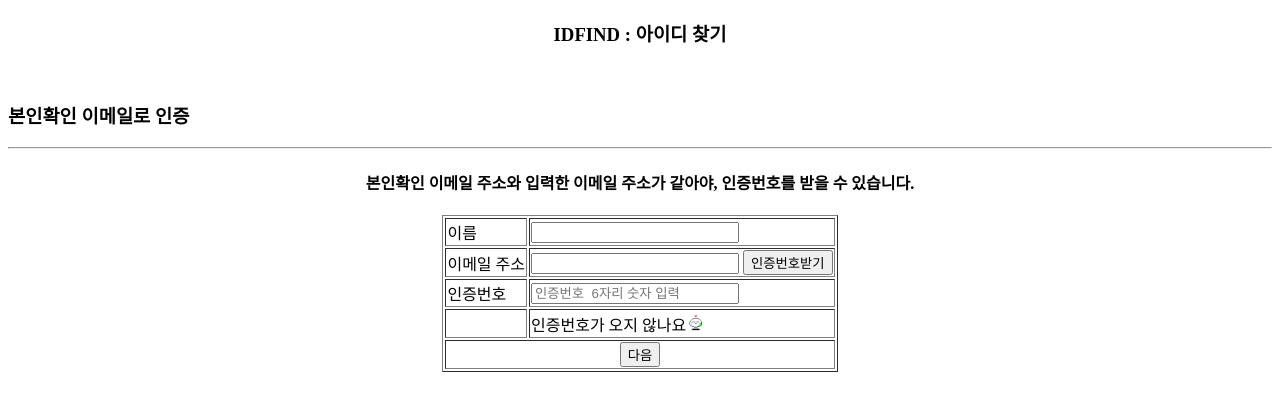
Repository: LetsBeLikeSophie/05_Android
Page: http://localhost/springHbe/WEB-INF/views/login/springIdFindFome.jsp
These files come from the project's save history. The page is drawn as it stood at one moment and after the next save; the edit follows.
The browser window is 1280 px wide. The pictures show the whole page.
The page is served by Tomcat 9. Nobody is signed in. Other server files are loaded and not shown. The template is opened directly, without the code that normally fills it, so the values that code supplies are empty.

Above is the page before, as saved 2021-10-29 06:58:50.

### 211103/el_spring_hbe_work_로그인_세션_메일/springHbe/WebContent/WEB-INF/views/login/springIdFindFome.jsp
<%@ page language="java" contentType="text/html; charset=UTF-8" pageEncoding="UTF-8"%>
<%@ page import="java.util.ArrayList" %>
<!DOCTYPE html>
<html>
<head>
<meta charset="UTF-8">
<title>IDFIND</title>
<script  src="http://code.jquery.com/jquery-latest.min.js"></script>
<script type="text/javascript">

	$(document).ready(function(){

		$("#mcomfirm").click(function(){
			console.log("mcomfirm >>> : ");
			alert("mcomfirm >>> : ");

			let url = "/testMVC/hbeLoginController";
			let login_type = "AUTH_NUM";
			let mnameVal = $("#mname").val();
			let memailVal = $("#memail").val();

			$.get(url
				 ,{"login_type":login_type, "mname":mnameVal, "memail":memailVal}
				 ,function(data){
					var sVal = $(data).find("result").text();
					alert(sVal);
				 }
			);
		});

		$("#idbtn").click(function(){
			console.log("idbtn >>> : ");
			alert("idbtn >>> : ");
			$('#login_type').val('ID_FIND');
			$('#idForm').attr({
				'action':'/testMVC/hbeLoginController',
				'method':'GET',
				'enctype':'application/x-www-form-urlencoded'
			}).submit();
		});
	});
</script>
</head>
<body>
<h3 align="center">IDFIND : 아이디 찾기 </h3><br>
<h3>본인확인 이메일로 인증</h3>
<hr>
<%
	//Object obj = request.getAttribute("aList");
	//if (obj == null) return;
	String mname = "";
	String memail = "";
	String authnum = "";

	//if (obj !=null){
	//	ArrayList<String> aList = (ArrayList)obj;
	//	System.out.println("aList.size() >>> : " + aList.size());
	//	mname = aList.get(0);
	//	memail = aList.get(1);
	//	authnum = aList.get(2);
	//}
	System.out.println("idEmailCheck mname >>> : " + mname);
	System.out.println("idEmailCheck memail >>> : " + memail);
	System.out.println("idEmailCheck authnum >>> : " + authnum);

%>
<h4 align="center">본인확인 이메일 주소와  입력한 이메일 주소가 같아야, 인증번호를 받을 수 있습니다.</h4>
<form name="idForm" id="idForm">
<table border="1" align="center">
<tr>
<td>이름</td>
<td><input type="text" name="mname" id="mname" value='<%= mname%>'  style="width:200px;"></td>
</tr>
<tr>
<td>이메일 주소</td>
<td>
	<input type="text" name="memail" id="memail" value='<%= memail%>'  placeholder="" style="width:200px;">
	<button type="button" id="mcomfirm">인증번호받기</button>
</td>
</tr>
<tr>
<td>인증번호</td>
<td>
<input type="text" name="authnum" id="authnum" value='<%= authnum%>'
       placeholder="인증번호  6자리 숫자 입력" style="width:200px;"></td>
</tr>
<tr>
<td></td>
<td>인증번호가 오지 않나요<img src="/springHbe/img/img_mandu/ase.gif" width="20" height="20">
</td>
</tr>
<tr>
<td colspan="2" align="center">
<input type="hidden" name="login_type" id="login_type">
<button type="button" id="idbtn">다음</button>
</td>
</tr>
</table>
</form>
</body>
</html>

After the next save:
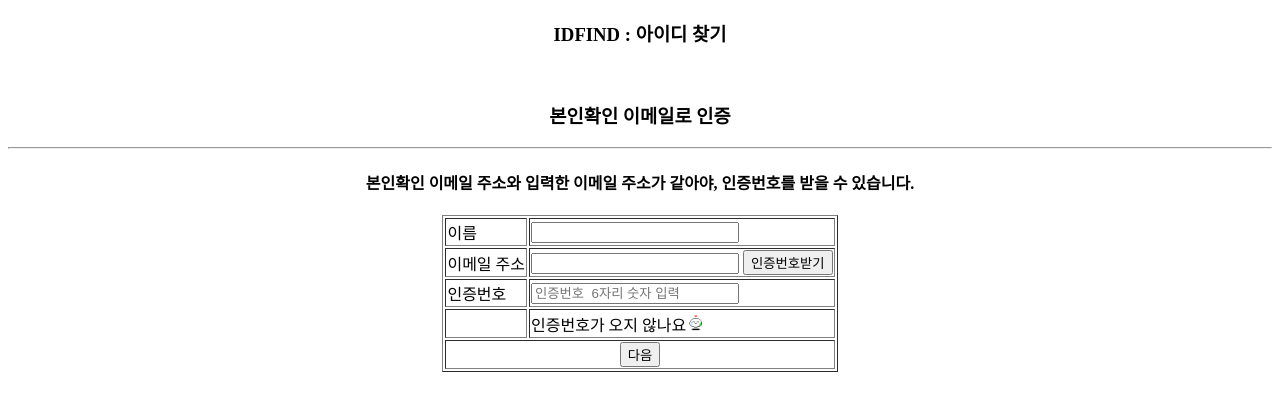
Saved 2 min 24 s later.
--- a/211103/el_spring_hbe_work_로그인_세션_메일/springHbe/WebContent/WEB-INF/views/login/springIdFindFome.jsp
+++ b/211103/el_spring_hbe_work_로그인_세션_메일/springHbe/WebContent/WEB-INF/views/login/springIdFindFome.jsp
@@ -43,7 +43,7 @@
 </head>
 <body>
 <h3 align="center">IDFIND : 아이디 찾기 </h3><br>
-<h3>본인확인 이메일로 인증</h3>
+<h3 align="center">본인확인 이메일로 인증</h3>
 <hr>
 <%
 	//Object obj = request.getAttribute("aList");
